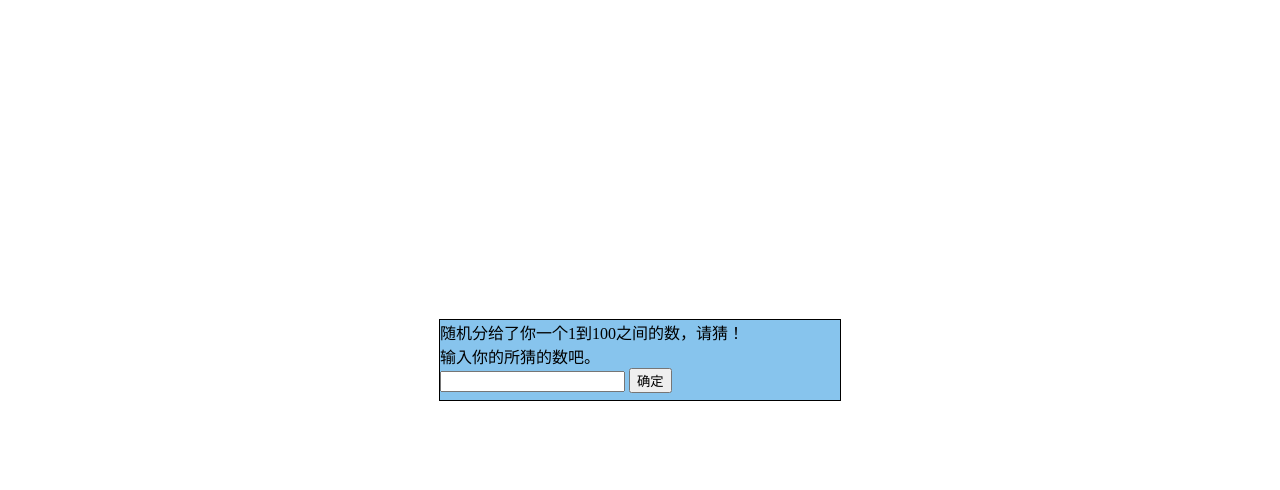
Repository: guirui-li/StudyJavaWeb
Page: http://localhost/JavawebTest/experiment04/getNumber.jsp
An editor plug-in stored every save of this project. The page is shown before and after the next save, followed by the edit.
The browser window is 1280 px wide. The pictures show the whole page.
The page is served by Tomcat 9. Other server files are loaded and not shown.

Above is the page before, as saved 2019-05-03 06:56:49.

### JavawebTest/WebContent/experiment04/getNumber.jsp
<%@ page language="java" contentType="text/html; charset=UTF-8"
    pageEncoding="UTF-8"%>
<!DOCTYPE html>
<html>
<head>
<meta charset="UTF-8">
<title>getNumber</title>
	<style type="text/css">
		#div{
			border:1px solid black;
			width:400px;
			height:80px;
			background-color:#87c4ed;
			position:absolute;
			top:50%;
			left:50%;
			transform:translate(-50%,-50%);
		}
	</style>
</head>
<body>
	<%
		int number=(int)(Math.random()*100)+1;
		session.setAttribute("count", new Integer(0));
		session.setAttribute("save", new Integer(number));
	%>
	<div id="div">
	随机分给了你一个1到100之间的数，请猜！
	<br>
	输入你的所猜的数吧。
	<form action="result.jsp" method="post" name="form1">
		<input type="text" name="boy">
		<input type="submit" value="确定" name="submit">
	</form>
	</div>
</body>
</html>

After the next save:
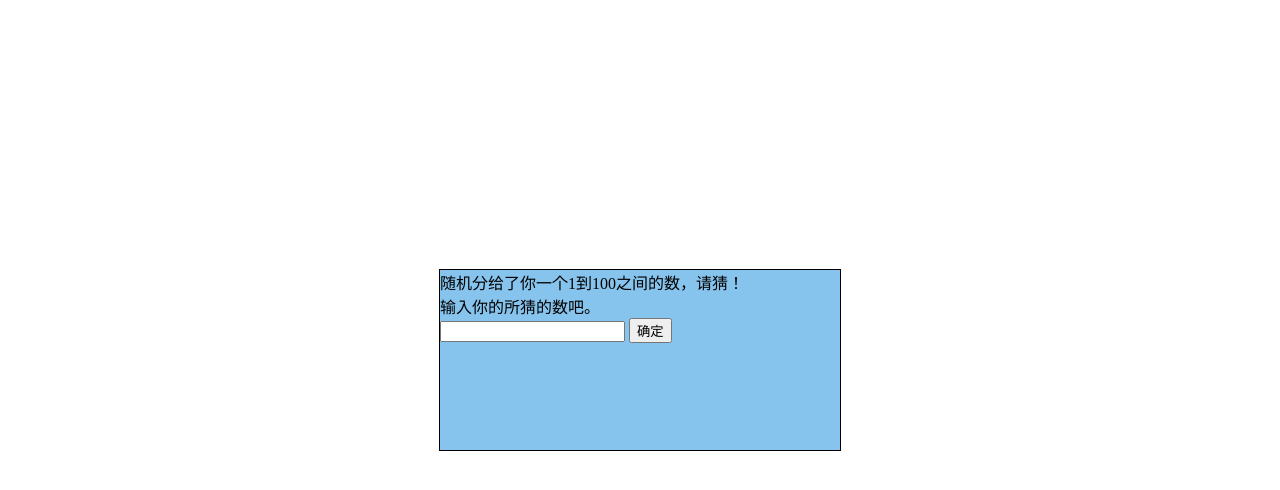
Saved 4 s later.
--- a/JavawebTest/WebContent/experiment04/getNumber.jsp
+++ b/JavawebTest/WebContent/experiment04/getNumber.jsp
@@ -9,7 +9,7 @@
 		#div{
 			border:1px solid black;
 			width:400px;
-			height:80px;
+			height:180px;
 			background-color:#87c4ed;
 			position:absolute;
 			top:50%;
